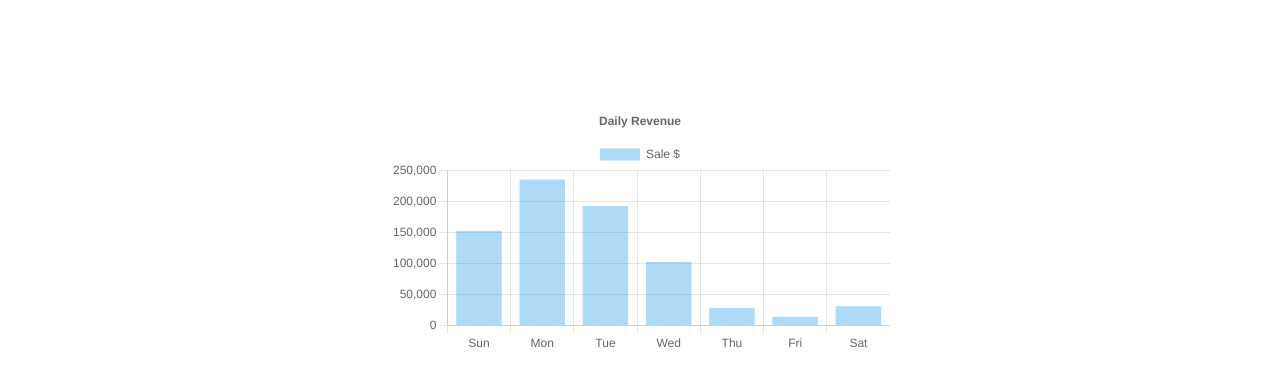
Repository: k8ANStar/exercise-5
Page: /
These files come from the project's save history. The page is drawn as it stood at one moment and after the next save; the edit follows.
The browser window is 1280 px wide. The pictures show the whole page.
The project was rebuilt for these pictures with package versions that can differ from the ones it lists, and the page was loaded fresh each time. The framework's server and built-in components were replaced by stand-ins that run in the browser. Also part of the build but not shown: next.config.mjs.

Above is the page before, as saved 2024-04-15 10:10:24.

### pages/index.js
import styles from "@/styles/Home.module.css";
import VerticalChart from "@/components/VerticalChart";

export default function Home() {
	return (
		<>
			<main className={`${styles.main} `}>
				<VerticalChart />
			</main>
		</>
	);
}

### styles/Home.module.css
.main {
	display: flex;
	flex-direction: column;
	justify-content: space-between;
	align-items: center;
	padding: 6rem;
	min-height: 20vh;
}

### components/VerticalChart/index.js
import styles from "./VerticalChart.module.css";
import { Bar } from "react-chartjs-2";
import {
	Chart as ChartJS,
	CategoryScale,
	LinearScale,
	BarElement,
	Title,
	Tooltip,
	Legend,
} from "chart.js";

import { useEffect, useState } from "react";

ChartJS.register(
	CategoryScale,
	LinearScale,
	BarElement,
	Title,
	Tooltip,
	Legend
);

export default function VerticalChart() {
	const [chartData, setChartData] = useState({
		datasets: [],
	});
	const [chartOptions, setChartOptions] = useState({});

	useEffect(() => {
		setChartData({
			labels: ["Sun", "Mon", "Tue", "Wed", "Thu", "Fri", "Sat"],
			datasets: [
				{
					label: "Sale $",
					data: [152340, 235256, 192455, 102430, 28456, 14326, 31000],
					borderColor: "rgb(53, 162, 235)",
					backgroundColor: "rgb(53, 162, 235, 0.4)",
				},
			],
		});

		setChartOptions({
			plugins: {
				legend: {
					postion: "top",
				},
				title: {
					display: true,
					text: "Daily Revenue",
				},
			},
			maintainAspectRatio: false,
			responsive: true,
		});
	}, []);

	return (
		<div>
			<Bar
				data={chartData}
				options={chartOptions}
				style={{ width: "500px", height: "300px" }}
			/>
		</div>
	);
}

Loaded but not shown: pages/_app.js (common file); pages/_document.js (common file); styles/globals.css (common file); components/VerticalChart/VerticalChart.module.css (no stored copy; drawn as an empty file)

After the next save:
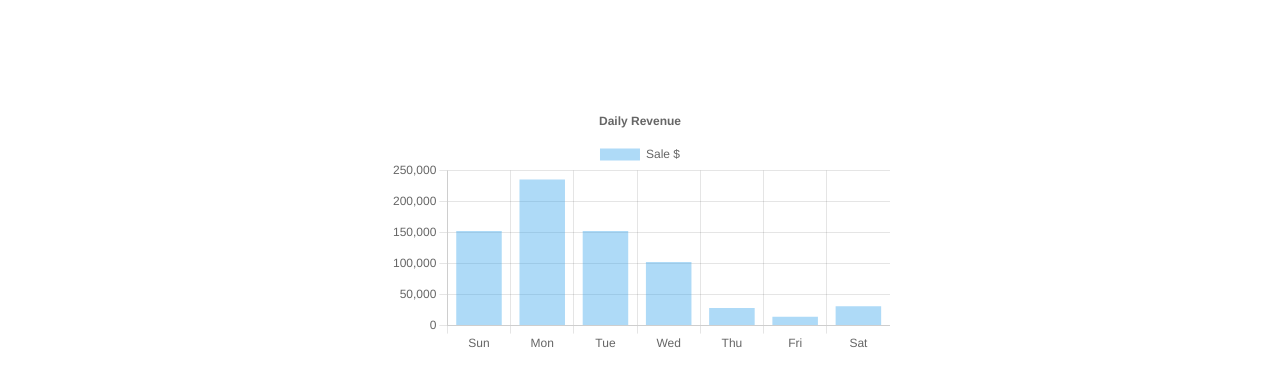
Saved 4 s later.
--- a/components/VerticalChart/index.js
+++ b/components/VerticalChart/index.js
@@ -33,7 +33,7 @@ export default function VerticalChart() {
 			datasets: [
 				{
 					label: "Sale $",
-					data: [152340, 235256, 192455, 102430, 28456, 14326, 31000],
+					data: [152340, 235256, 152455, 102430, 28456, 14326, 31000],
 					borderColor: "rgb(53, 162, 235)",
 					backgroundColor: "rgb(53, 162, 235, 0.4)",
 				},
